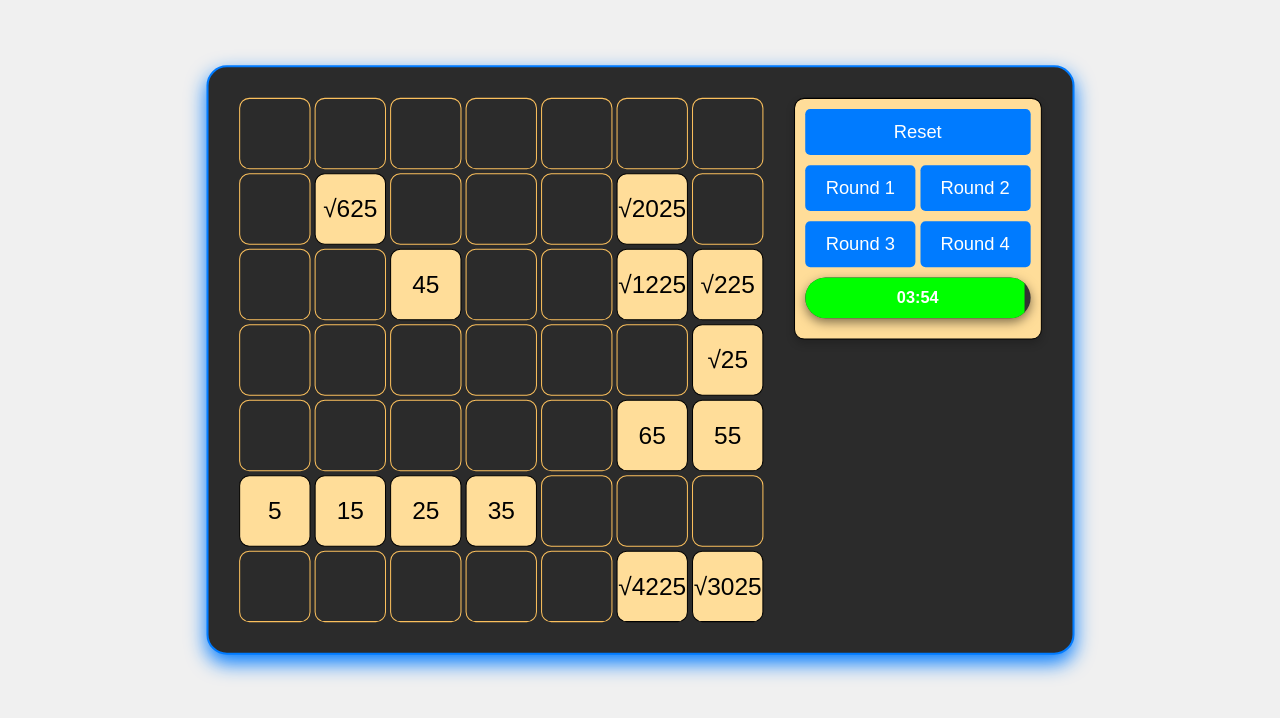
Repository: radisyah/THE_BRAIN_STORM
Page: Broken Link.html
The author's editor kept a copy of each file at every save. The page is drawn from the files as they stood at one save, then again after the next save.
The browser window is 1280 px wide. The pictures show the whole page.
The pointer rests on the first visible `.container`.

Above is the page before, as saved 2024-10-31 00:41:58.

After the next save:
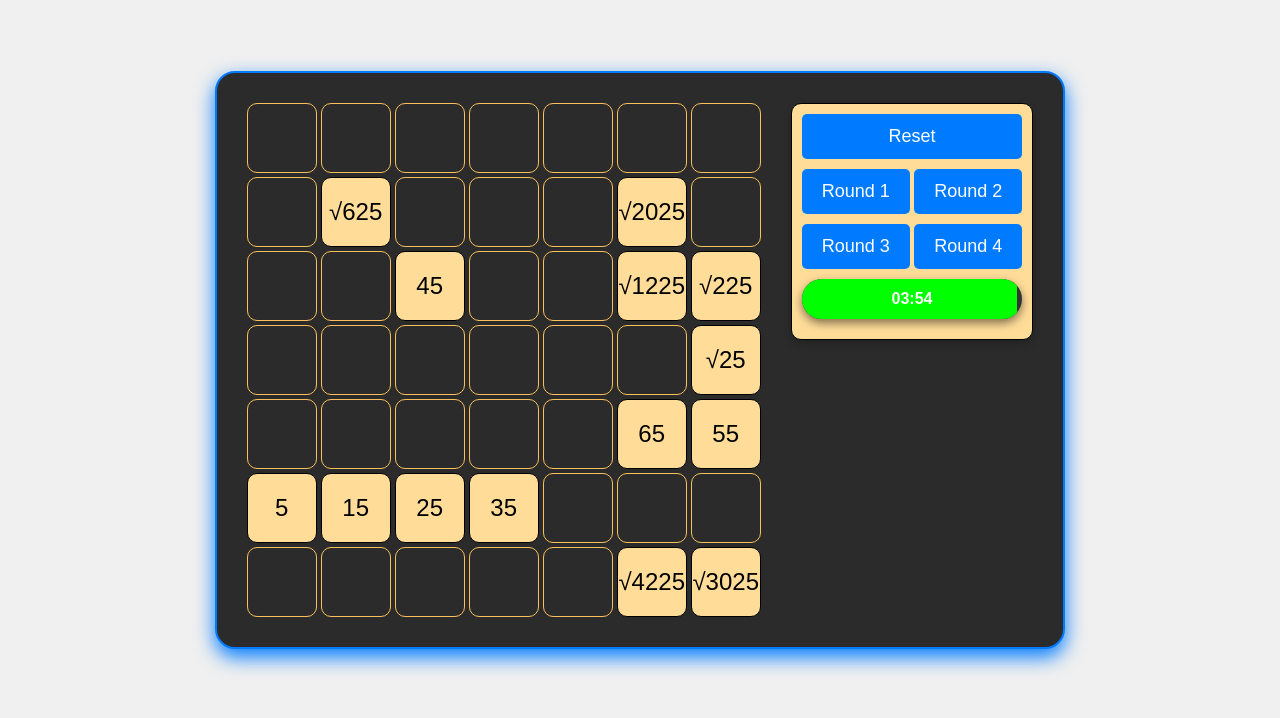
Saved 37 s later.
--- a/Broken Link.html
+++ b/Broken Link.html
@@ -62,12 +62,6 @@
             transition: width 1s linear;
             z-index: 1;
         }
-
-
-        .container:hover {
-            transform: scale(1.02); /* Slight scale effect when hovering over the container */
-        }
-
 
         .grid-container {
             display: grid;
